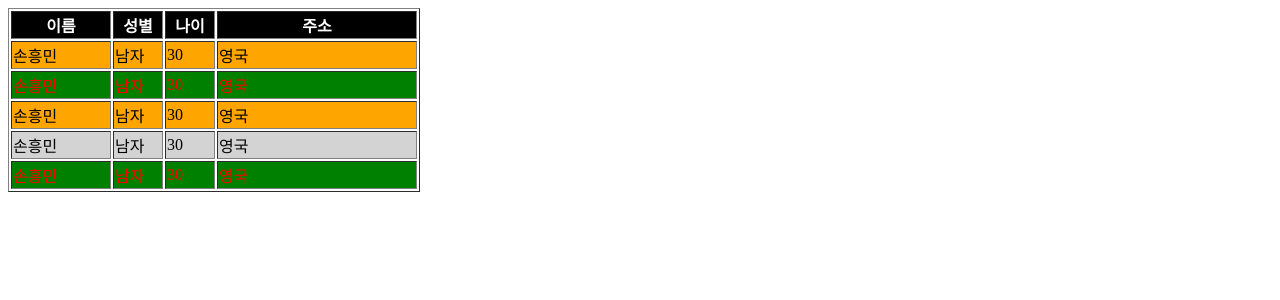
Repository: Junhee1412/front_end_practice
Page: jquery, bootstrap/js01_jquery/public/js06_selector.html
The author's editor kept a copy of each file at every save. The page is drawn from the files as they stood at one save, then again after the next save.
The browser window is 1280 px wide. The pictures show the whole page.

Above is the page before, as saved 2022-11-14 05:34:38.

### jquery, bootstrap/js01_jquery/public/js06_selector.html
<!DOCTYPE html>
<html>
<head>
	<meta charset="UTF-8">
	<title>Insert title here</title>
		<script src="https://code.jquery.com/jquery-3.6.0.min.js"
    	integrity="sha256-/xUj+3OJU5yExlq6GSYGSHk7tPXikynS7ogEvDej/m4="
    	crossorigin="anonymous"></script>
	<script>
		//위치선택자
		$(function() {
			$('tr:odd').css('background', 'orange');
			$('tr:even').css('background', 'lightgray');
			$('tr:eq(0)').css('background', 'black').css('color', 'white');
			$('tr:nth-child(3n)').css('background','green').css('color', 'red');
		});
	</script>
</head>
<body>
	<!-- table>colgroup>col[style="width:50px;"]*5 -->
	<table border="1">
		<colgroup>
			<col style="width:100px;" />
			<col style="width:50px;" />
			<col style="width:50px;" />
			<col style="width:200px;" />
		</colgroup>
		<tr>
			<th>이름</th>
			<th>성별</th>
			<th>나이</th>
			<th>주소</th>
		</tr>
		<tr>
			<td>손흥민</td>
			<td>남자</td>
			<td>30</td>
			<td>영국</td>
		</tr>
		<tr>
			<td>손흥민</td>
			<td>남자</td>
			<td>30</td>
			<td>영국</td>
		</tr>
		<tr>
			<td>손흥민</td>
			<td>남자</td>
			<td>30</td>
			<td>영국</td>
		</tr>
		<tr>
			<td>손흥민</td>
			<td>남자</td>
			<td>30</td>
			<td>영국</td>
		</tr>
		<tr>
			<td>손흥민</td>
			<td>남자</td>
			<td>30</td>
			<td>영국</td>
		</tr>
	</table>
</body>
</html>

After the next save:
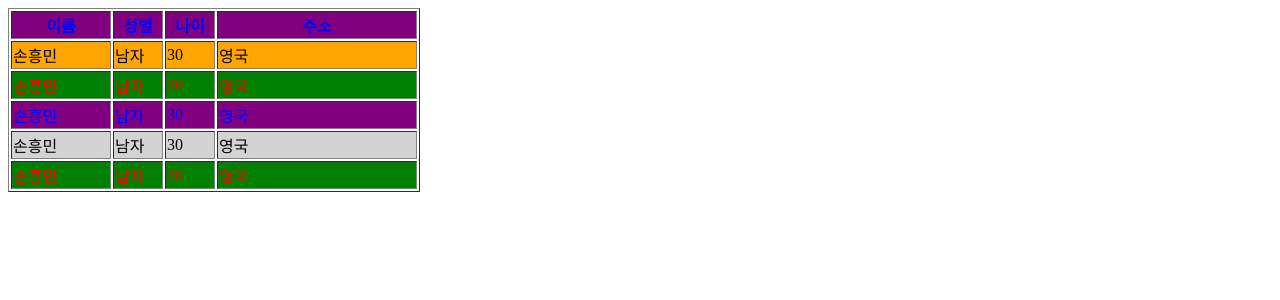
Saved 71 s later.
--- a/jquery, bootstrap/js01_jquery/public/js06_selector.html
+++ b/jquery, bootstrap/js01_jquery/public/js06_selector.html
@@ -13,6 +13,7 @@
 			$('tr:even').css('background', 'lightgray');
 			$('tr:eq(0)').css('background', 'black').css('color', 'white');
 			$('tr:nth-child(3n)').css('background','green').css('color', 'red');
+			$('tr:nth-child(3n+1)').css('background', 'purple').css('color', 'blue');
 		});
 	</script>
 </head>
